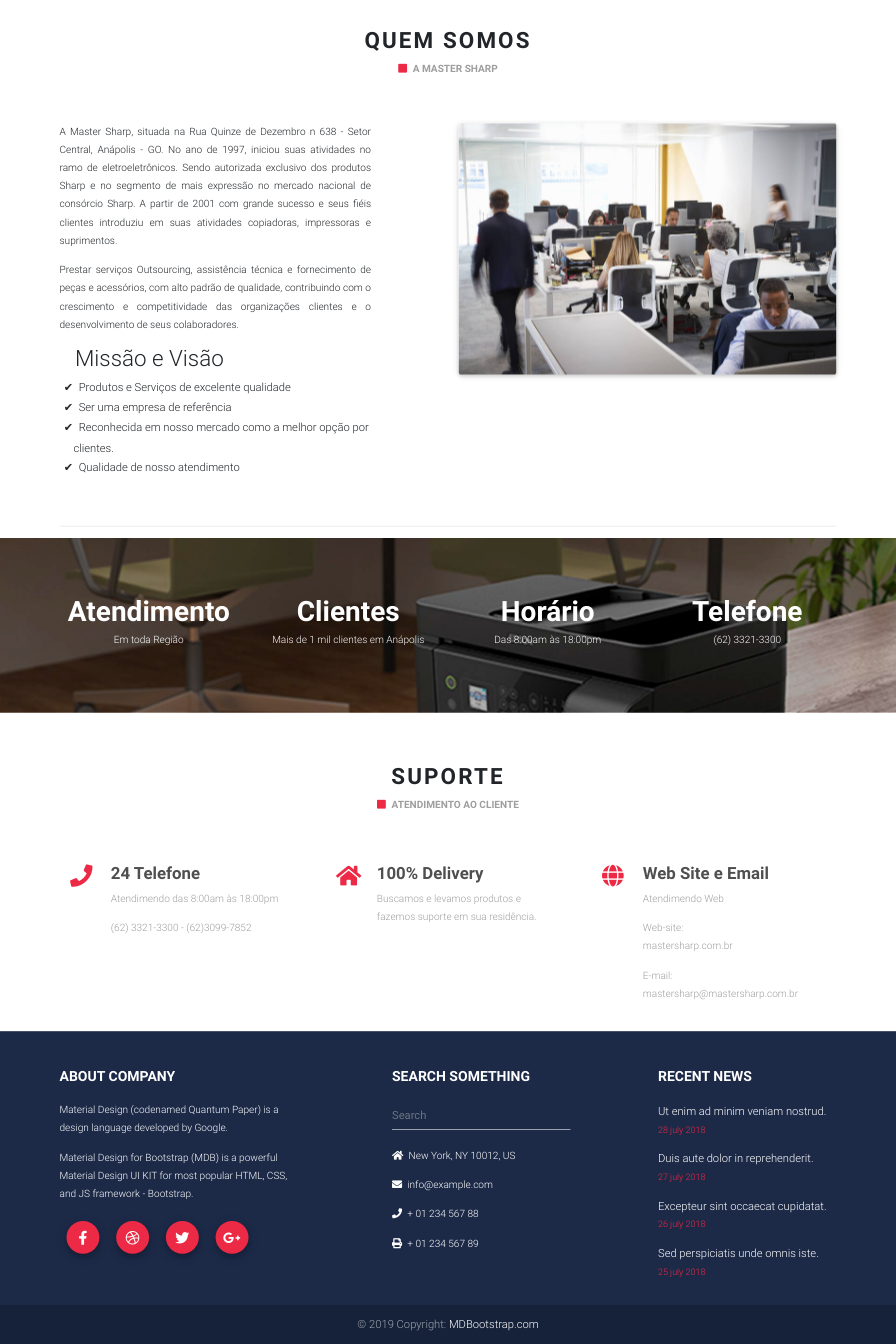
Repository: SalomaoMiguel/mastshap
Page: html/index.html
These files come from the project's save history. The page is drawn as it stood at one moment and after the next save; the edit follows.
The browser window is 1280 px wide. The pictures show the part of the page from y = 1373 to 3293 px (the page is 3293 px tall), at 70% of full size.
Some web libraries are served in a nearby version.

Above is the page before, as saved 2021-02-17 15:25:48.

After the next save:
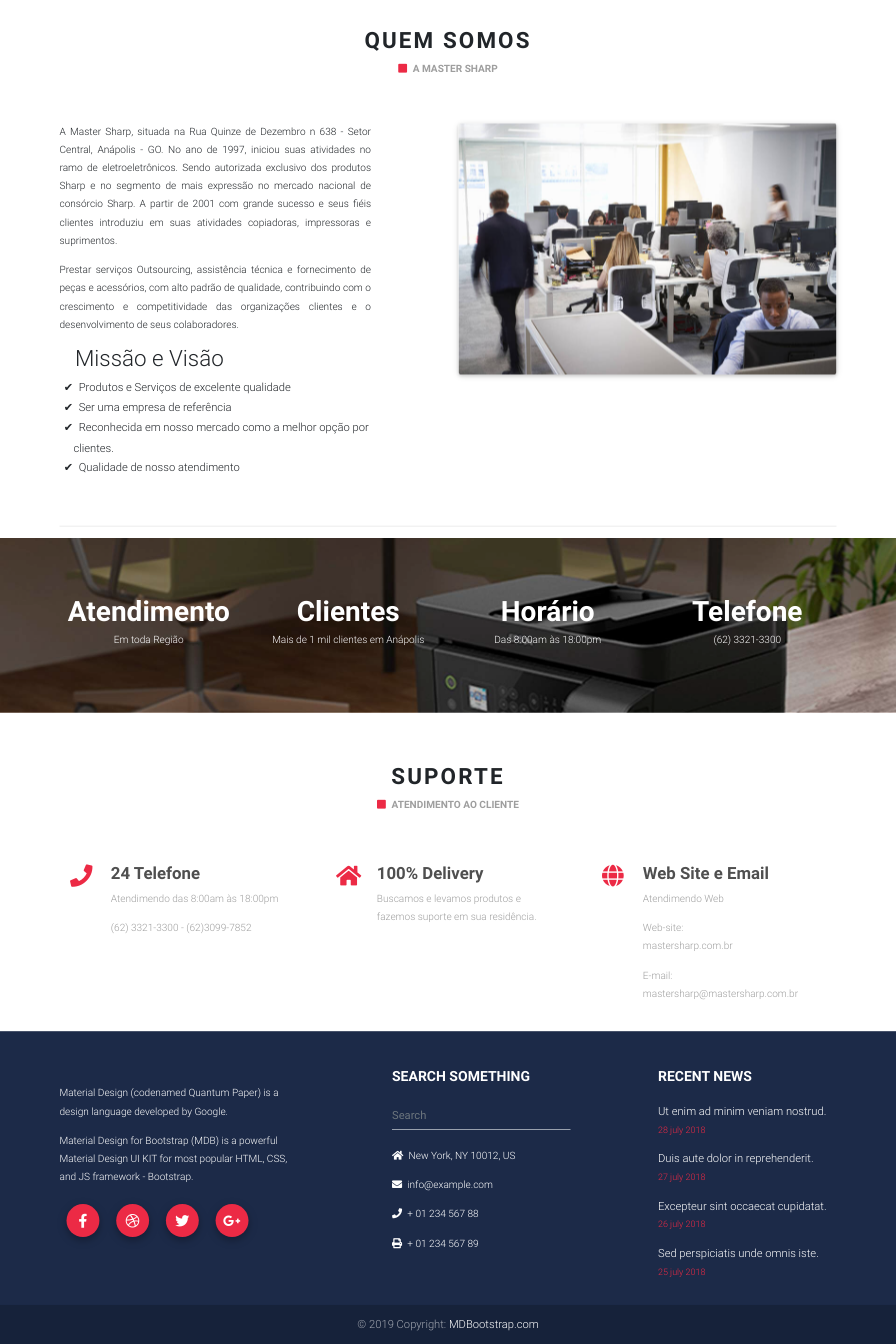
Saved 85 s later.
--- a/html/index.html
+++ b/html/index.html
@@ -386,7 +386,7 @@
         <!--First column-->
         <div id="contact" class="col-md-4 mt-1 mb-1 wow fadeIn" data-wow-delay="0.3s" >
           <!--About-->
-          <h5 class="title mb-4 font-weight-bold">ABOUT COMPANY</h5>
+          <h5 class="title mb-4 font-weight-bold"></h5>
 
           <p>Material Design (codenamed Quantum Paper) is a design language developed by Google.</p>
 
